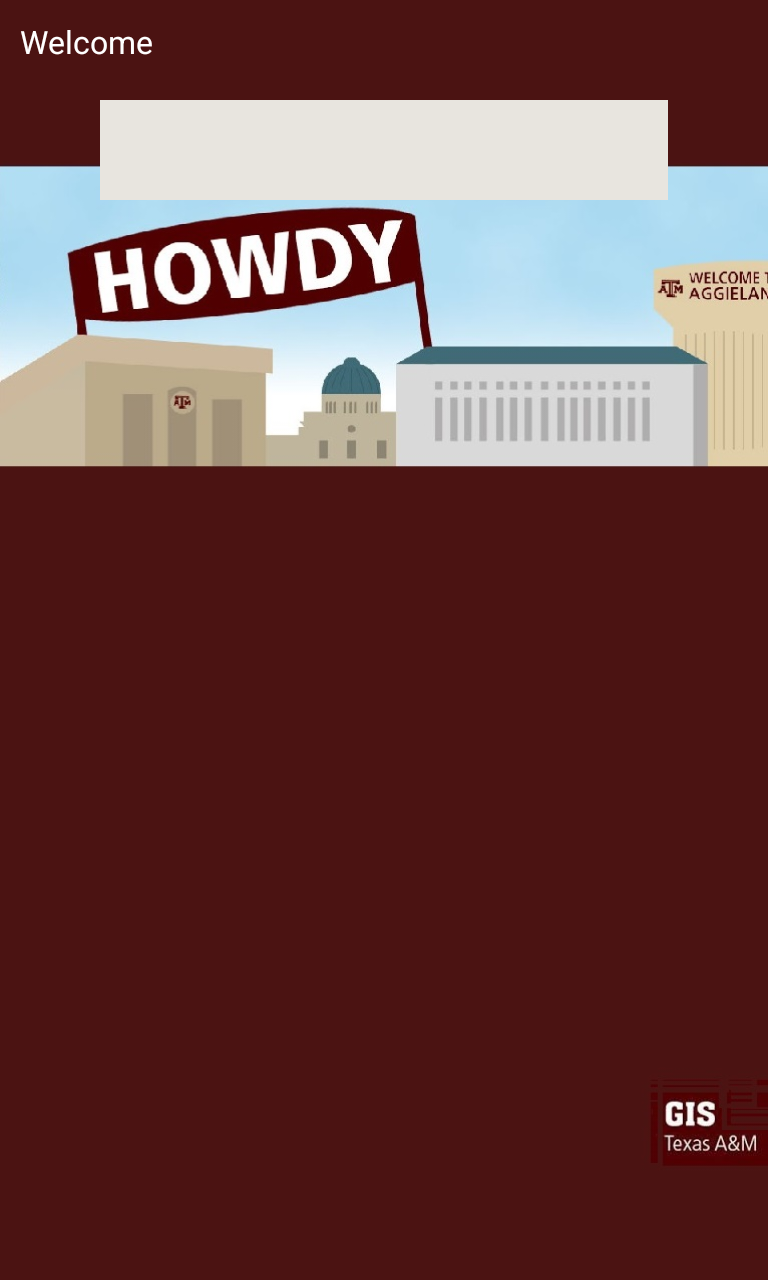
Repository: jannelg92/ANDROIDAPP
Layout: GEOINNOVATION/TAMUgis-dayEvents/res/layout/main_home.xml
These files come from the project's save history. The layout is drawn as it stood at one moment and after the next save; the edit follows.
It is drawn on a 768 x 1280 px phone screen (xhdpi) without system bars, with theme AppTheme; the app's code is not run. Lists and similar views that code fills are empty.

Above is the layout before, as saved 2014-04-19 00:43:35.

After the next save:
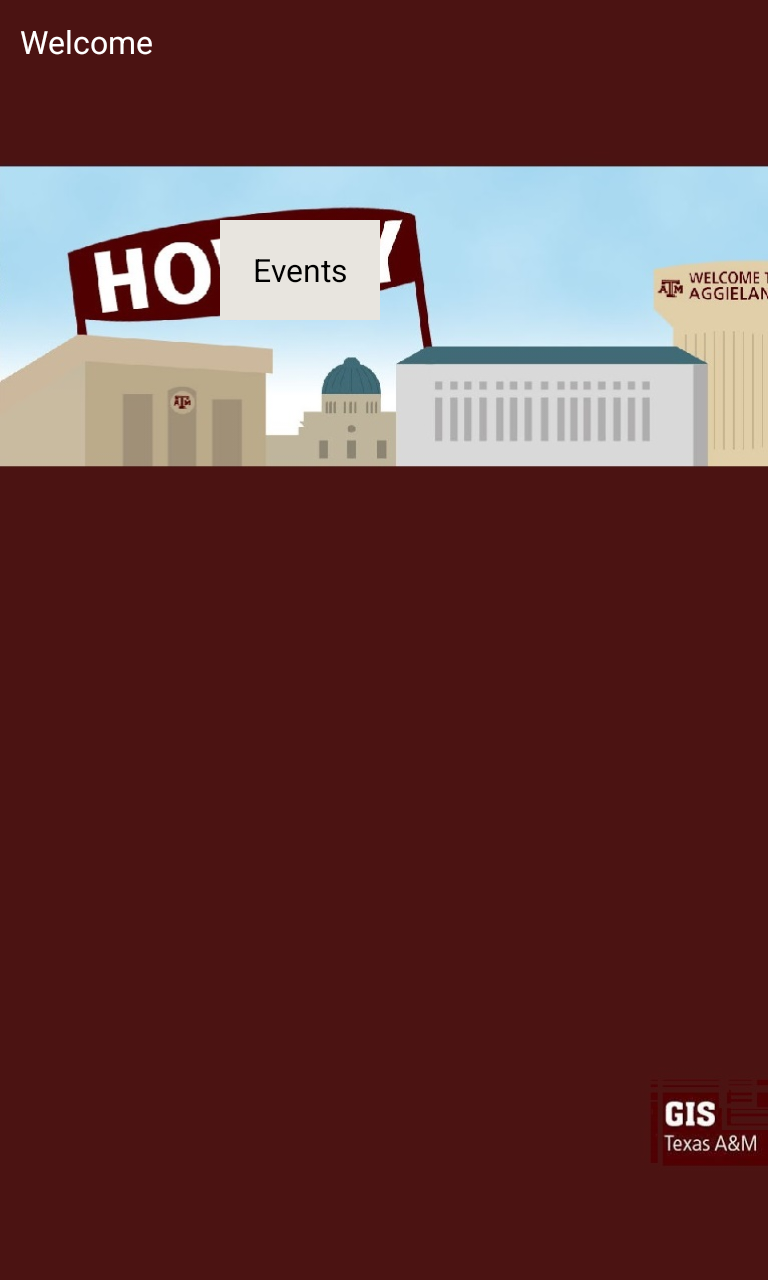
Saved 3 min 17 s later.
--- a/GEOINNOVATION/TAMUgis-dayEvents/res/layout/main_home.xml
+++ b/GEOINNOVATION/TAMUgis-dayEvents/res/layout/main_home.xml
@@ -29,13 +29,13 @@
 
     <Button
         android:id="@+id/event_b"
-        android:layout_width="match_parent"
+        android:layout_width="80dp"
         android:layout_height="50dp"
-        android:layout_margin="40dp"
-		android:align_parentBottom="true"
-		android:background="#E8E5DF"
+        android:layout_margin="100dp"
+        android:layout_marginBottom="50dp"
+        android:align_parentBottom=""
+        android:background="#E8E5DF"
         android:clickable="true"
-        android:scrollY="200px"
         android:text="@string/title_section2"
         android:textSize="@dimen/small_text" />
 
